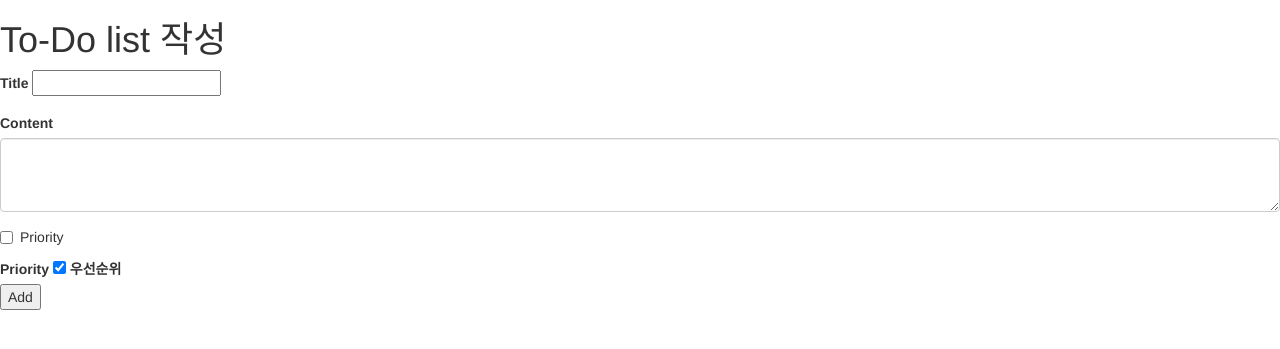
Repository: qudgns200/Toy_01_ToDoList
Page: http://localhost/ToDoList/jsp/writeForm.jsp
The author's editor kept a copy of each file at every save. The page is drawn from the files as they stood at one save, then again after the next save.
The browser window is 1280 px wide. The pictures show the whole page.
The page is served by Tomcat 9. Nobody is signed in. The application's start-up code is not run. Other server files are loaded and not shown.

Above is the page before, as saved 2019-11-07 04:44:09.
Console error (its wording comes from the project's code and is left out).

### ToDoList/WebContent/jsp/writeForm.jsp
<%@ page language="java" contentType="text/html; charset=UTF-8"
	pageEncoding="UTF-8"%>
<!DOCTYPE html>
<html>
<head>
<meta charset="UTF-8">
<title>Insert title here</title>
<!--  Bootstrap -->
<link rel="stylesheet"
	href="https://maxcdn.bootstrapcdn.com/bootstrap/3.3.2/css/bootstrap.min.css">
<link rel="stylesheet"
	href="https://maxcdn.bootstrapcdn.com/bootstrap/3.3.2/css/bootstrap-theme.min.css">
<!--  --------- -->
</head>
<body>
	<h1>To-Do list 작성</h1>
	<form method="post" action="write.do">
		<div class="form-group">
			<label for="title">Title</label>
			<input type="text" name="title" id="title"/>
		</div>

		<div class="form-group">
			<label for="content">Content</label>
			<textarea class="form-control" rows="3"></textarea>
		</div>

		<div class="checkbox">
		  <label>
		    <input type="checkbox" id="priority" value="">Priority
		  </label>
		</div>

		<label>Priority</label> <input type="checkbox" name="priority"
			id="priority" checked /> <label for="priority" id="laberP">우선순위</label>
		<br>

		<button type="submit">Add</button>

		<div class="spacer"></div>
	</form>

	<script
		src="https://maxcdn.bootstrapcdn.com/bootstrap/3.3.2/js/bootstrap.min.js"></script>
</body>
</html>

After the next save:
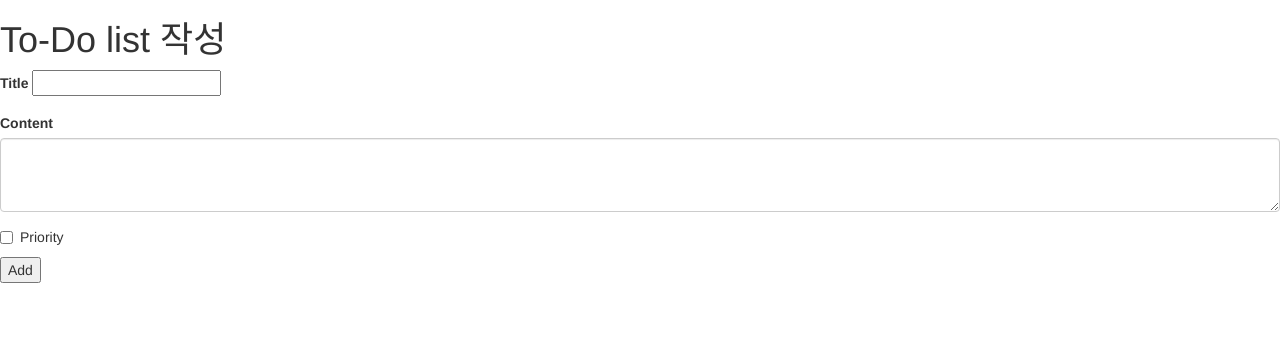
Saved 10 s later.
--- a/ToDoList/WebContent/jsp/writeForm.jsp
+++ b/ToDoList/WebContent/jsp/writeForm.jsp
@@ -31,10 +31,6 @@
 		  </label>
 		</div>
 
-		<label>Priority</label> <input type="checkbox" name="priority"
-			id="priority" checked /> <label for="priority" id="laberP">우선순위</label>
-		<br>
-
 		<button type="submit">Add</button>
 
 		<div class="spacer"></div>
